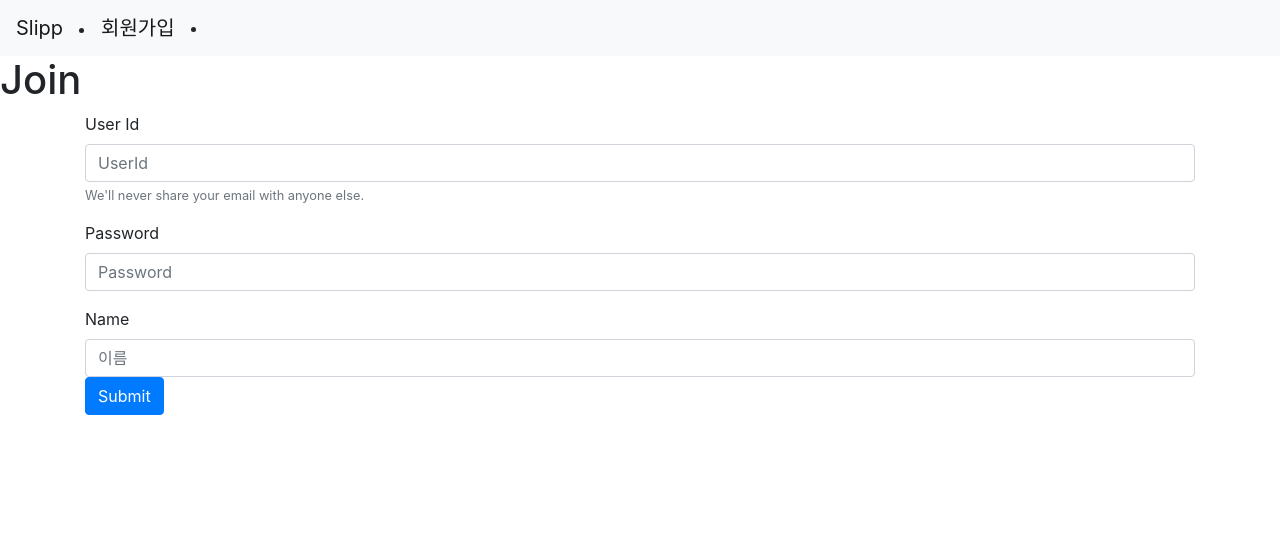
Repository: moonseoklee/SpringbootEx2
Page: my-slipp/src/main/resources/static/form.html
An editor plug-in stored every save of this project. The page is shown before and after the next save, followed by the edit.
The browser window is 1280 px wide. The pictures show the whole page.

Above is the page before, as saved 2019-08-08 07:43:52.

After the next save:
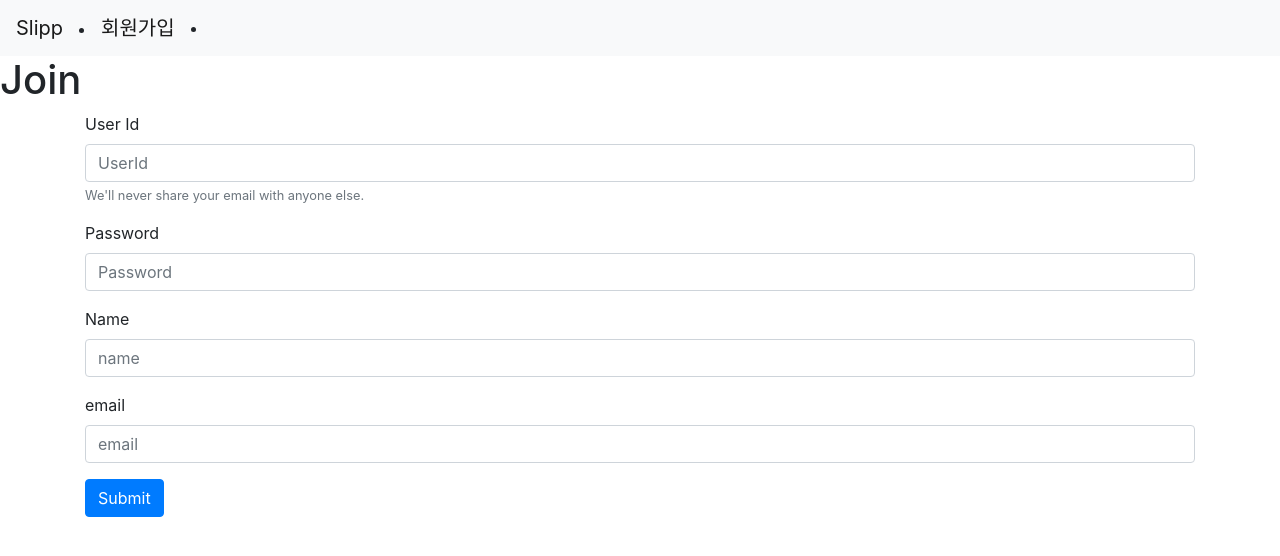
Saved 49 s later.
--- a/my-slipp/src/main/resources/static/form.html
+++ b/my-slipp/src/main/resources/static/form.html
@@ -28,11 +28,15 @@
   </div>
   <div class="form-group">
     <label for="password">Password</label>
-    <input type="password" class="form-control" id="exampleInputPassword1" placeholder="Password">
+    <input type="password" class="form-control" id="password" placeholder="Password">
   </div>
-   <div class="이름">
+   <div class="form-group">
     <label for="exampleInputPassword1">Name</label>
-    <input type="text" class="form-control" id="exampleInputPassword1" placeholder="이름">
+    <input type="text" class="form-control" id="name" placeholder="name">
+  </div>
+  <div class="form-group">
+    <label for="exampleInputPassword1">email</label>
+    <input type="text" class="form-control" id="email" placeholder="email">
   </div>
 
   <button type="submit" class="btn btn-primary">Submit</button>
